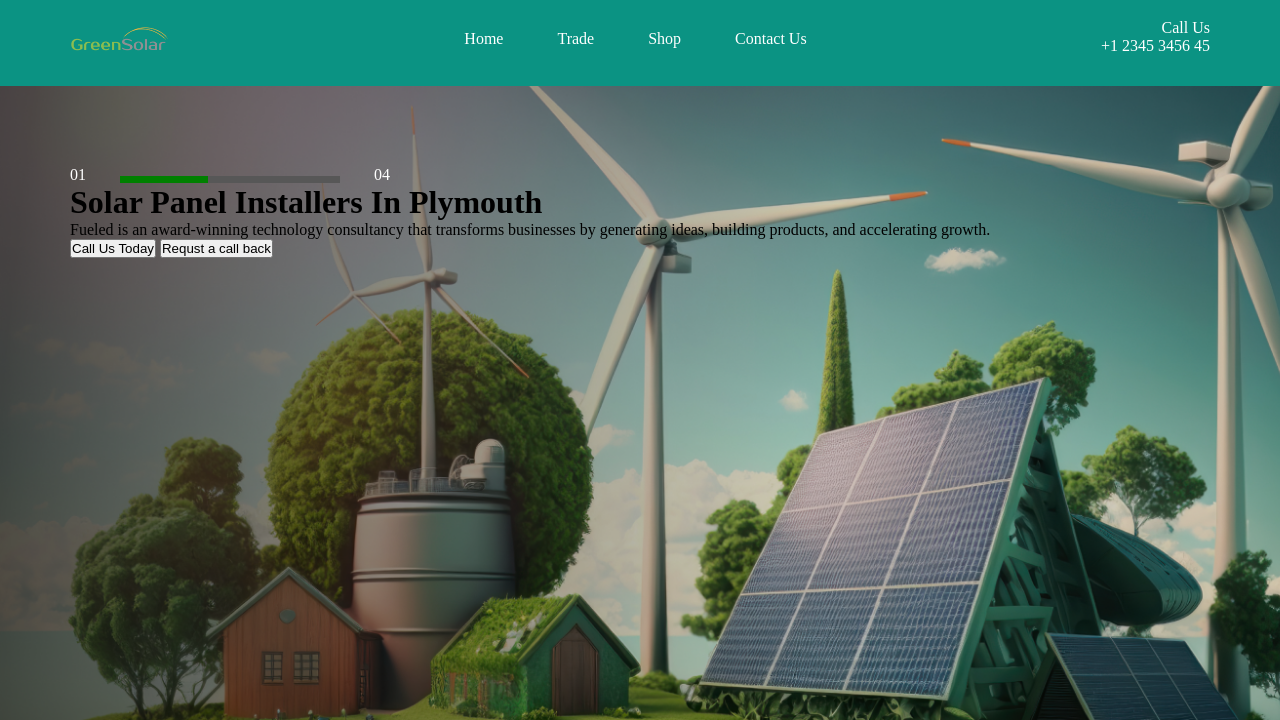
Repository: zeinawady/Solar-Company-Template
Page: index.html
The author's editor kept a copy of each file at every save. The page is drawn from the files as they stood at one save, then again after a run of saves.
The browser window is 1280 px wide. The pictures show the whole page.

Above is the page before, as saved 2024-09-17 17:08:24.

### index.html
<!DOCTYPE html>
<html lang="en">

<head>
    <meta charset="UTF-8">
    <meta name="viewport" content="width=device-width, initial-scale=1.0">
    <title>Solar Company</title>
    <link rel="stylesheet" href="css/style.css">
    <link rel="stylesheet" href="css/all.min.css">
</head>

<body>
    <!-- start header -->
    <header>
        <div class="container">
            <img src="images/Logo.png" width="100" alt="logo" class="logo">
            <nav>
                <ul class="nav-links">
                    <li><a href="#">Home</a></li>
                    <li><a href="#">Trade</a></li>
                    <li><a href="#">Shop</a></li>
                    <li><a href="#">Contact Us</a></li>
                </ul>
            </nav>
            <div class="nav-info">
                <div>Call Us</div>
                <div>+1 2345 3456 45</div>

            </div>
            <div class="burger">
                <i class="fas fa-bars"></i>
                <ul class="navHover">
                    <li><a href="#">Home</a></li>
                    <li><a href="#">Trade</a></li>
                    <li><a href="#">Shop</a></li>
                    <li><a href="#">Contact Us</a></li>
                </ul>

            </div>
        </div>
    </header>

    <!-- end header -->

    <!-- start landing -->
    <div class="landing">
        <div class="container">
            <div class="progress-container">
                <span>01</span>
                <progress value="40" max="100"></progress>
                <span>04</span>
            </div>
            <h1 class="main-text">Solar Panel Installers In Plymouth</h1>
  <div class="sub-text">
    Fueled is an award-winning technology consultancy that transforms businesses by generating ideas, building products, and accelerating growth.
  </div>

  <div class="btn-container">
  <button class="btn">Call Us Today</button>
  <button class="btn yellow-bt">Requst a call back</button>
</div>
        </div>
    </div>
    <!-- end landing -->

</body>

</html>

### css/style.css
*{
    margin: 0;
    padding: 0;
    box-sizing: border-box;
}
html{
    scroll-behavior: smooth;
}
.container{
    padding-left: 15px;
    padding-right: 15px;
    margin: 0 auto;
    max-width: 1170px; /* Set a maximum width */
    width: 100%;
}
ul{
    list-style: none;
}
a{
    text-decoration: none;
}
:root{
    --main-color: hsla(173, 86%, 31%, 1);
    --secondary-color:hsla(42, 100%, 55%, 1);
    --font-color: hsla(221, 43%, 11%, 1);

}
@media (min-width:768px) {
    .container {
        width: 750px;
    }

}

@media (min-width:992px) {
    .container {
        width: 970px;
    }
}

@media (min-width:1200px) {
    .container {
        width: 1170px;
    }
}

/* start header */
header{
    background-color: var(--main-color);
height: 86px;
}
header .container{
    display: flex;
    justify-content: space-between;
    align-items: center;

}
.nav-links li{
    display: inline-block;
    padding: 30px 25px;

}
.nav-links li a{
    color: hsla(0, 0%, 100%, 1);
    transition: all 0.3s ease 0s;
}
.nav-info{
    color: hsla(0, 0%, 100%, 1);
padding-bottom: 5px;
display: flex;
flex-direction: column;
align-items: flex-end;
}
.burger{
    display: none;
    color: hsla(0, 0%, 100%, 1) ;
    font-size: 30px;
    cursor: pointer;
    position: relative;
}

@media (max-width:768px){
    .burger{
        display: block;
        padding-top: 24px;
        position: relative;
        z-index: 10;
    }
    .navHover , .nav-links {
        display: none;
    }
    .nav-info{
        display: none;
    }
    .burger:hover .navHover{
        display: block;
        position: absolute;
        top: 86px;
        right: 15px;
        background-color:rgb(255, 250, 244);
        z-index: 99;
        border-radius: 15px;
        padding: 20px;
        box-shadow: 0 4px 8px rgba(0, 0, 0, 0.1);
    }
}

/* end header */

/* start landing */

.landing{
    background-image: url(../images/solar-panels-meadow\ 1.png);
    background-size: cover;
    height: calc(100vh - 86px);
}
.landing .container{
    padding-top: 80px;
}
.progress-container span{
    color: white;
font-weight: 500;
}
.progress-container span:first-child{
padding-right:30px;

}
.progress-container span:last-child{
    padding-left: 30px;
}
.progress-container progress{
   width: 220px;
   height: 7px;
   appearance: none;
}
progress::-webkit-progress-bar {
    background-color:hsla(0, 0%, 34%, 1);
}
progress::-webkit-progress-value {
    background-color:
}
/* end landing */

Loaded but not shown: css/all.min.css (library)

After the next 2 saves:
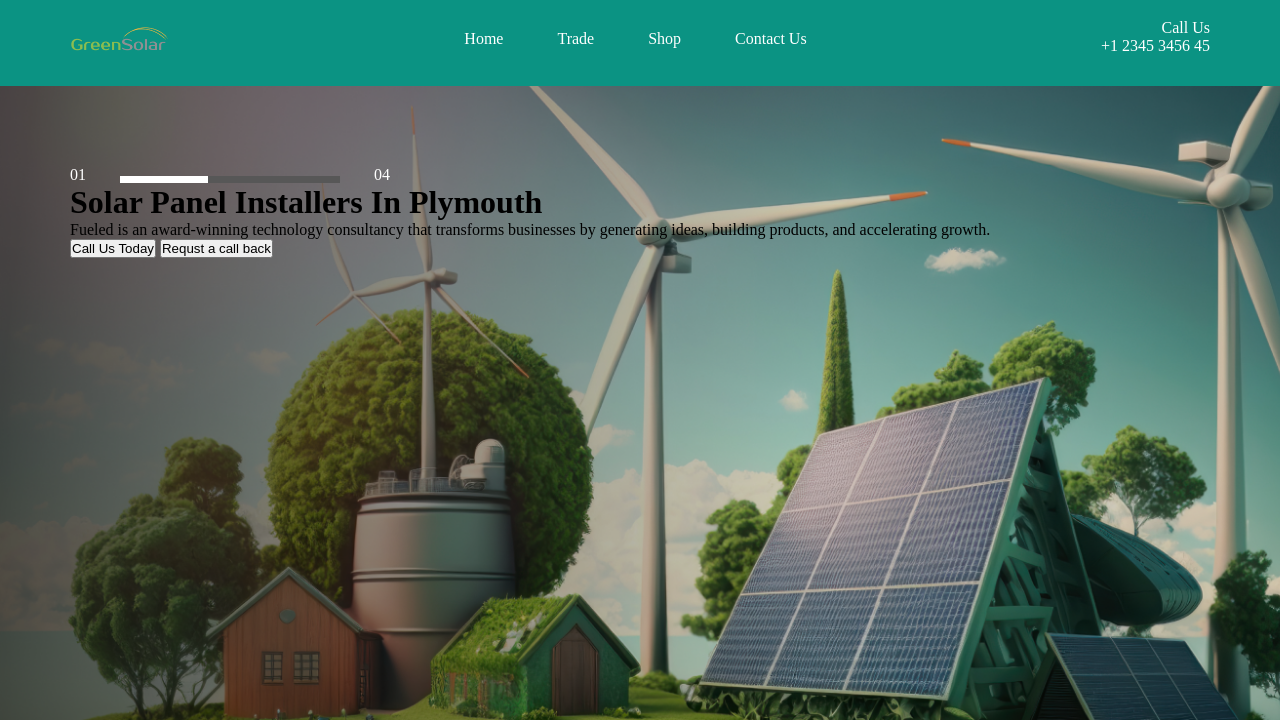
The 2 saves are shown as one change because they came seconds apart.
The last was saved 5 s later.
--- a/css/style.css
+++ b/css/style.css
@@ -137,6 +137,6 @@ progress::-webkit-progress-bar {
     background-color:hsla(0, 0%, 34%, 1);
 }
 progress::-webkit-progress-value {
-    background-color:
+    background-color:hsla(0, 0%, 100%, 1);
 }
 /* end landing */
